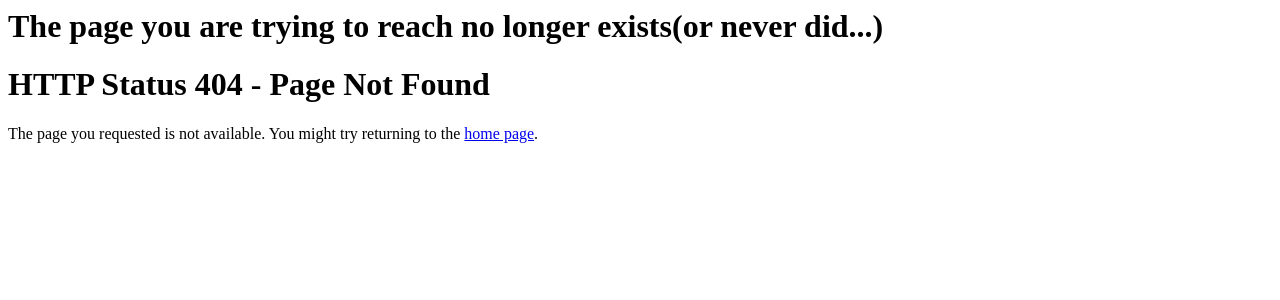
Repository: joelmwood/JavaSpringHelloWorld
Page: http://localhost/HelloSpringMVC/404
These files come from the project's save history. The page is drawn as it stood at one moment and after the next save; the edit follows.
The browser window is 1280 px wide. The pictures show the whole page.
The page is served by Tomcat 9. Other server files are loaded and not shown.

Above is the page before, as saved 2017-02-23 18:15:06.

### HelloSpringMVC/src/main/webapp/WEB-INF/views/notFound.jsp
<%@ taglib uri="http://java.sun.com/jsp/jstl/core" prefix="c" %>
<%@ page session="false" %>
<html>
<head>
    <title>Page Not Found</title>
</head>
<body>
<h1>
    The page you are trying to reach no longer exists(or never did...)
</h1>
<div class="http-error-container">
        <h1>HTTP Status 404 - Page Not Found</h1>
        <p class="message-text">The page you requested is not available. You might try returning to the <a href="<c:url value="/"/>">home page</a>.</p>
    </div>
</body>
</html>

After the next save:
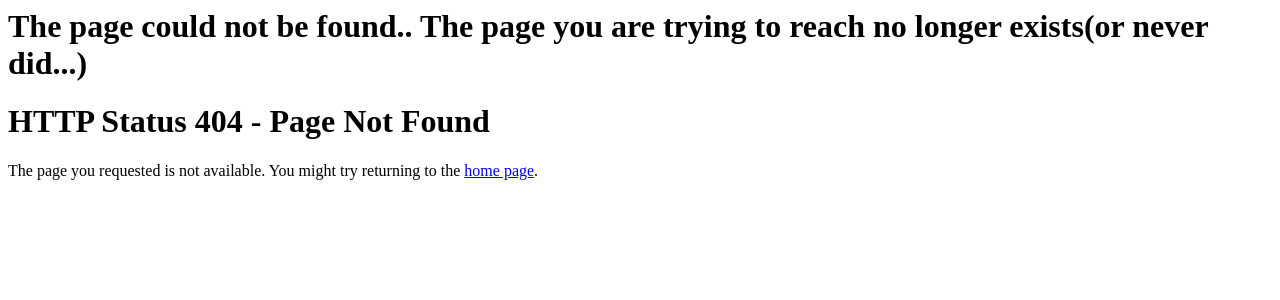
Saved 8 min 1 s later.
--- a/HelloSpringMVC/src/main/webapp/WEB-INF/views/notFound.jsp
+++ b/HelloSpringMVC/src/main/webapp/WEB-INF/views/notFound.jsp
@@ -6,7 +6,7 @@
 </head>
 <body>
 <h1>
-    The page you are trying to reach no longer exists(or never did...)
+        ${message}. The page you are trying to reach no longer exists(or never did...)
 </h1>
 <div class="http-error-container">
         <h1>HTTP Status 404 - Page Not Found</h1>
